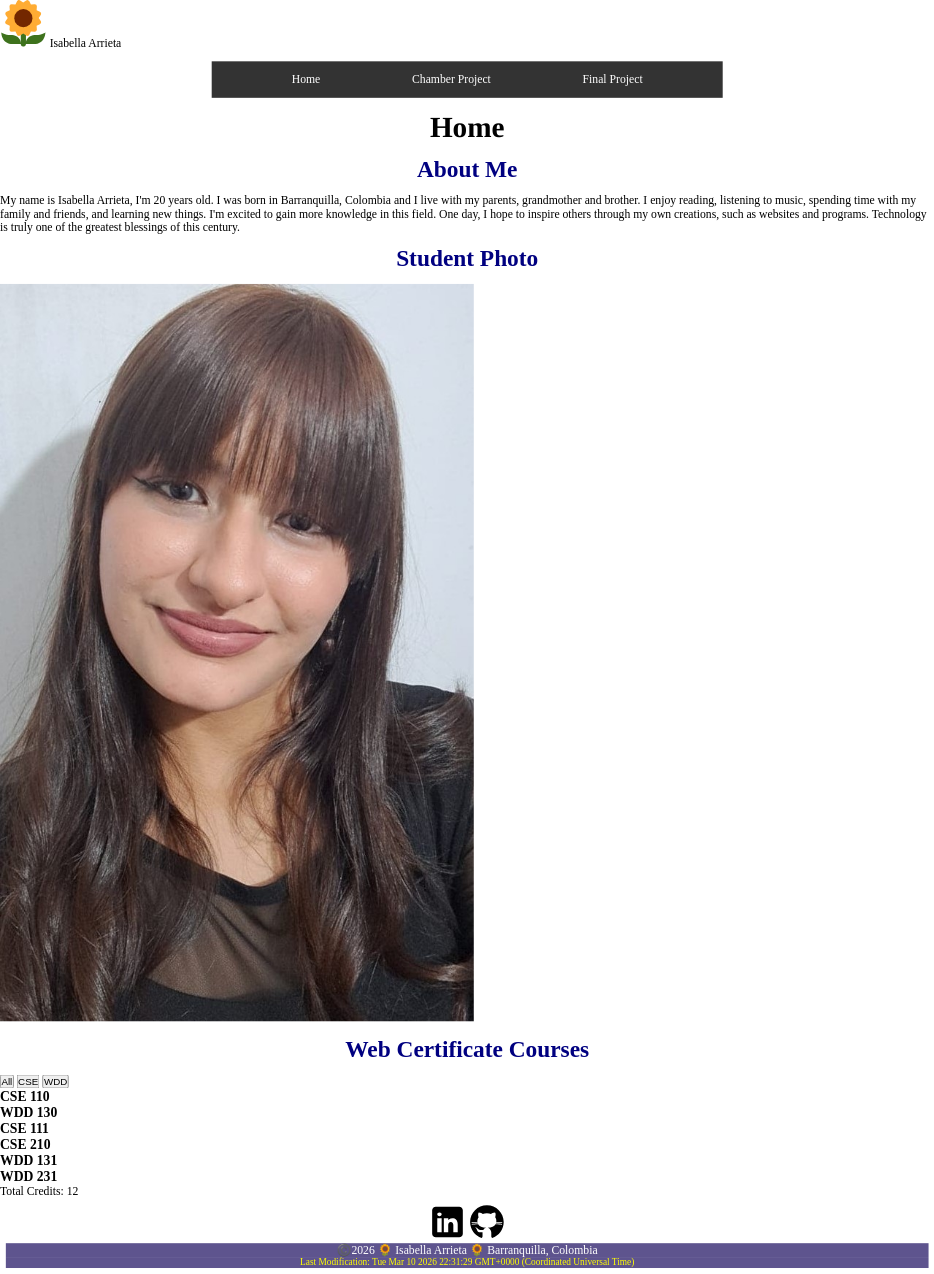
Repository: isaAJ05/wdd231
Page: index.html
An editor plug-in stored every save of this project. The page is shown before and after the next save, followed by the edit.
The browser window is 1280 px wide. The pictures show the whole page, at 73% of full size.
Some web fonts or font styles are not loaded; a fallback is used.

Above is the page before, as saved 2026-03-10 23:15:00.

After the next save:
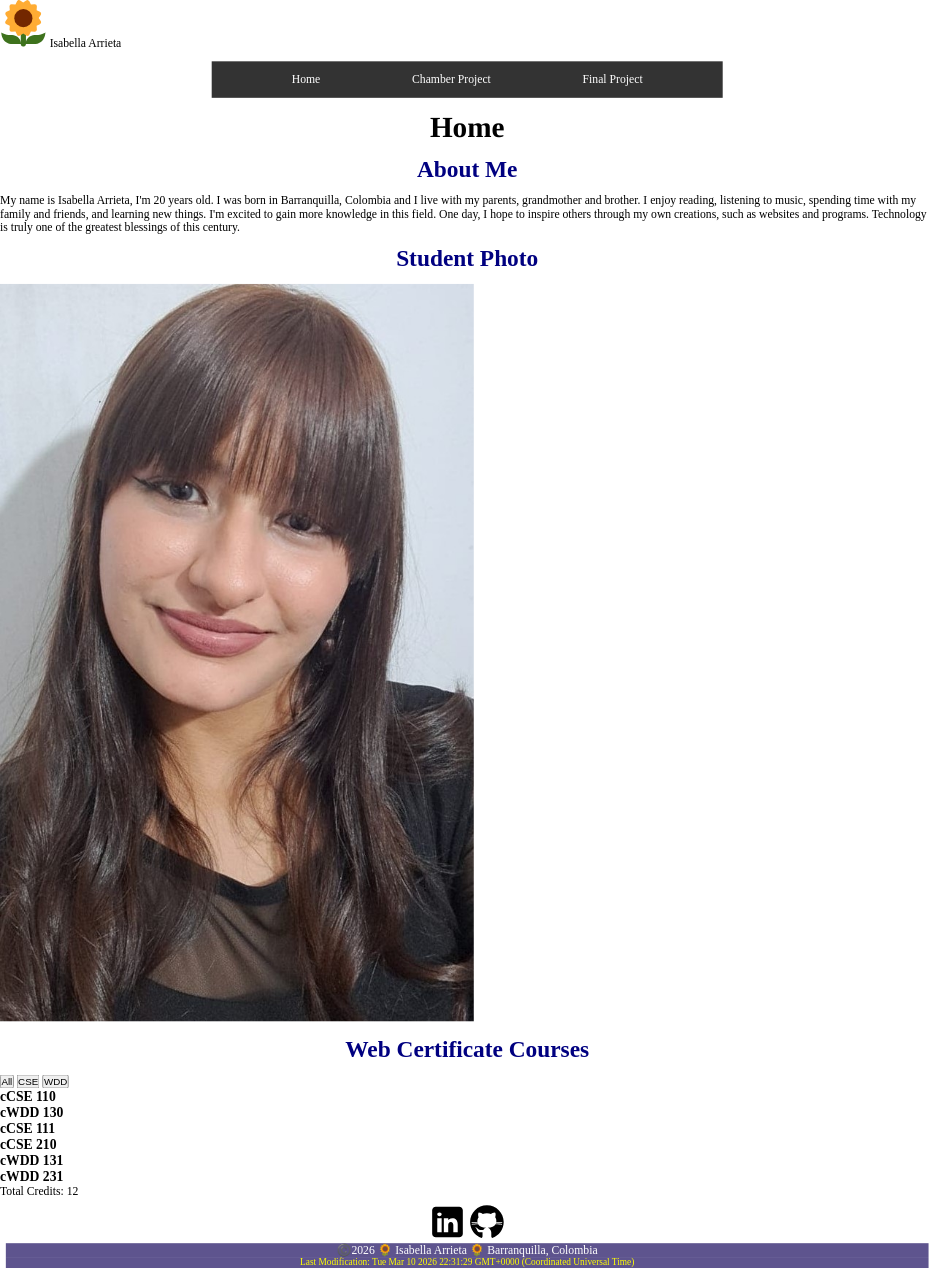
Saved 4 s later.
--- a/scripts/courses.js
+++ b/scripts/courses.js
@@ -98,7 +98,7 @@ function displayCourses(courseList) {
         }
 
         card.innerHTML = `
-            <h3> ${course.subject} ${course.number}</h3>
+            <h3>c${course.subject} ${course.number}</h3>
         `;
 
         courseContainer.appendChild(card); // add the card to the container
